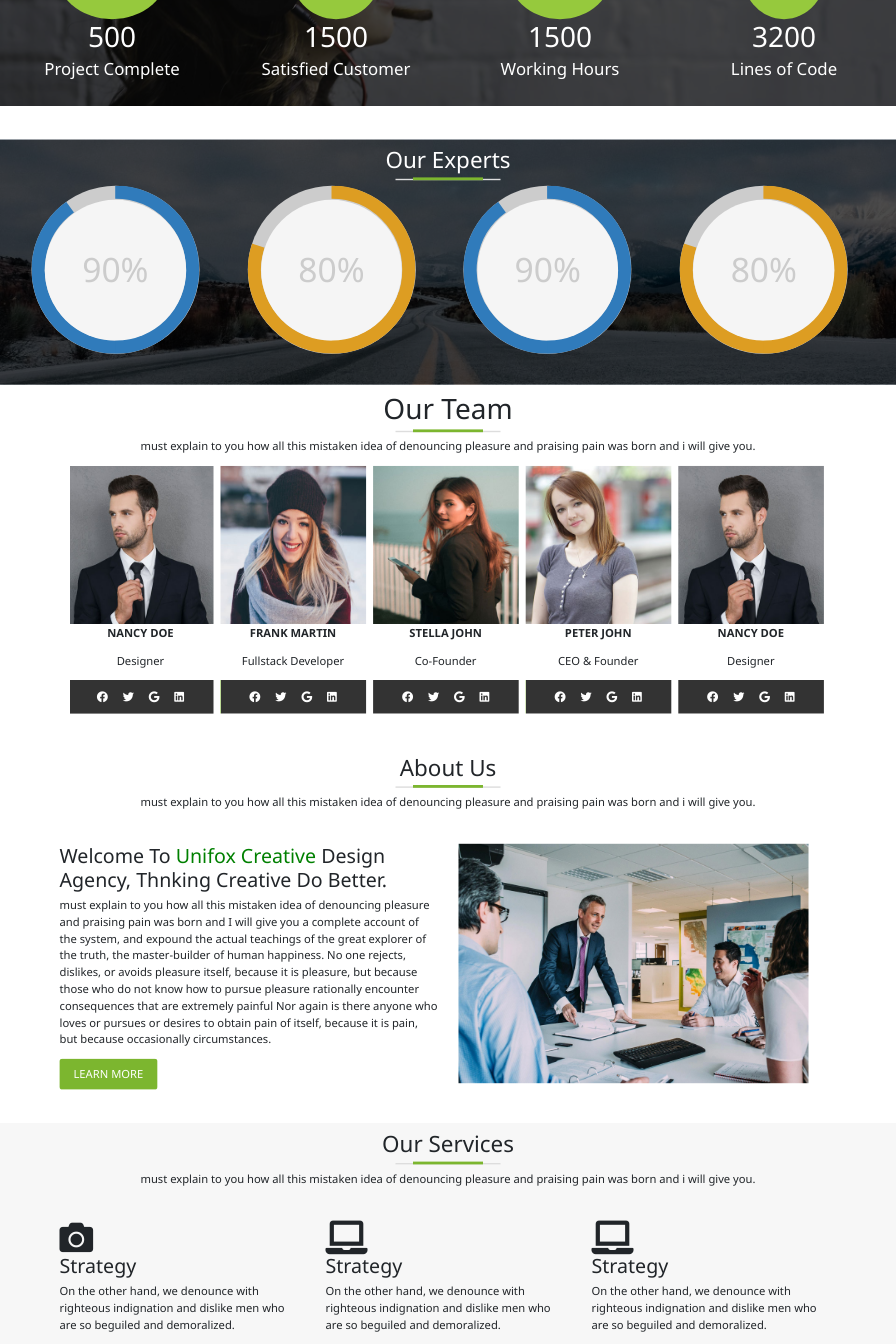
Repository: ibrkhalil/Uniforce-First-Attempt
Page: index.html
An editor plug-in stored every save of this project. The page is shown before and after the next save, followed by the edit.
The browser window is 1280 px wide. The pictures show the part of the page from y = 869 to 2789 px (the page is 2789 px tall), at 70% of full size.
Backgrounds fixed to the window are drawn as part of the page.

Above is the page before, as saved 2021-01-24 02:43:51.

### index.html
<!DOCTYPE html>
<html lang="en">
  <head>
    <meta charset="UTF-8" />
    <link rel="stylesheet" href="./bootstrap.min.css" />
    <link rel="stylesheet" href="owl.carousel.css" />
    <link rel="preconnect" href="https://fonts.gstatic.com" />
    <link rel="stylesheet" href="./jquery-ui.css" />
    <link
      rel="stylesheet"
      href="https://use.fontawesome.com/releases/v5.15.2/css/all.css"
      integrity="sha384-vSIIfh2YWi9wW0r9iZe7RJPrKwp6bG+s9QZMoITbCckVJqGCCRhc+ccxNcdpHuYu"
      crossorigin="anonymous"
    />
    <link rel="stylesheet" href="./circle.css" />
    <link
      href="https://fonts.googleapis.com/css2?family=Open+Sans&display=swap"
      rel="stylesheet"
    />
    <link rel="stylesheet" href="style.css" />
    <meta name="viewport" content="width=device-width, initial-scale=1.0" />
    <title>Unifox</title>
  </head>

  <body>
    <div class="main-nav">
      <nav
        class="navbar navbar-expand-lg justify-content-around sticky-top navbar-fixed-top"
      >
        <!-- <div class="container"> -->
        <a class="navbar-brand" href="#"><h3 class="unifox">UNIFOX</h3></a>
        <button
          class="navbar-toggler"
          type="button"
          data-toggle="collapse"
          data-target="#navbarSupportedContent"
          aria-controls="navbarSupportedContent"
          aria-expanded="false"
          aria-label="Toggle navigation"
        >
          <span class="fa fa-bars fa-3x"></span>
        </button>
        <div class="">
          <div class="nav-items">
            <div class="collapse navbar-collapse" id="navbarSupportedContent">
              <ul class="navbar-nav mr-auto">
                <li class="item">
                  <a class="nav-link active" href="#">HOME</a>
                </li>
                <li class="nav-item"><a class="nav-link" href="#">ABOUT</a></li>
                <li class="nav-item">
                  <a class="nav-link" href="#">SERVICES</a>
                </li>
                <li class="nav-item">
                  <a class="nav-link" href="#">POROFOLIO</a>
                </li>
                <li class="nav-link"><a href="#">PRICES</a></li>
                <li class="nav-link"><a href="#">TEAM</a></li>
                <li class="nav-link"><a href="#">TESTIMONIALS</a></li>
                <li class="nav-link"><a href="#">BLOG</a></li>
                <li class="nav-link"><a href="#">CONTACT</a></li>
              </ul>
            </div>
          </div>
        </div>

        <!-- </div> -->
      </nav>

      <!-- nav end -->

      <div class="jumbotron">
        <h1 class="display-4 jumbo-main-text">
          <strong>Unifox Creative & Unique.</strong>
        </h1>
        <p class="lead jumbo-subtext">
          Unifox Denounce With Righteous Indignation And Dislike Men Who Are So
          Beguiled And Demoralized By The Charms Of Pleasure Of The Moment.
        </p>

        <div class="jumbo-btns">
          <p class="lead">
            <a class="btn jumbo-btn btn-primary btn-lg" href="#" role="button"
              >Download Now</a
            >
          </p>
          <p class="lead">
            <a class="btn jumbo-btn btn-primary btn-lg" href="#" role="button"
              >Discover More</a
            >
          </p>
        </div>
      </div>
      <!-- jumbotron end -->
      <!-- heading end -->
    </div>
    <div class="counting-number parallax">
      <div class="container-fluid">
        <div class="row">
          <div class="col-md-3">
            <i class="fa counting-icon fa-cloud fa-5x"></i>
            <h1 class="counter" data-count="500">0</h1>
            <h4>Project Complete</h4>
          </div>
          <div class="col-md-3">
            <i class="fa counting-icon fa-user fa-5x"></i>
            <h1 class="counter" data-count="1500">0</h1>
            <h4>Satisfied Customer</h4>
          </div>
          <div class="col-md-3">
            <i class="fa counting-icon fa-folder-open fa-5x"></i>
            <h1 class="counter" data-count="1500">0</h1>
            <h4>Working Hours</h4>
          </div>
          <div class="col-md-3">
            <i class="fa counting-icon fa-plug fa-5x"></i>
            <h1 class="counter" data-count="3200">0</h1>
            <h4>Lines of Code</h4>
          </div>
        </div>
      </div>
    </div>

    <br />
    <br />

    <!-- Counting number div -->
    <div class="our-experts-main">
      <h2 class="our-experts-word line">Our Experts</h2>

      <div class="our-experts">
        <div class="clearfix circular-icons">
          <div class="c100 p90 big blue">
            <span>90%</span>
            <div class="slice">
              <div class="bar"></div>
              <div class="fill"></div>
            </div>
          </div>
          <div class="c100 p80 big orange">
            <span>80%</span>
            <div class="slice">
              <div class="bar"></div>
              <div class="fill"></div>
            </div>
          </div>
          <div class="c100 p90 big blue">
            <span>90%</span>
            <div class="slice">
              <div class="bar"></div>
              <div class="fill"></div>
            </div>
          </div>

          <div class="c100 p80 big orange">
            <span>80%</span>
            <div class="slice">
              <div class="bar"></div>
              <div class="fill"></div>
            </div>
          </div>
        </div>
        <!-- /green -->

        <!-- orange -->
        <div class="clearfix"></div>
      </div>
    </div>

    <!-- experts end -->

    <div class="our-team">
      <div class="container">
        <div class="our-team-text">
          <h1 class="line">Our Team</h1>

          <p>
            must explain to you how all this mistaken idea of denouncing
            pleasure and praising pain was born and i will give you.
          </p>
        </div>
        <div class="top-content">
          <div class="container-fluid">
            <div class="owl-carousel owl-theme">
              <div class="item">
                <img
                  src="./images/1 (1).jpg"
                  class="img-fluid mx-auto d-block"
                  alt="img1"
                />
                <strong class="team-member-name">
                  <p>STELLA JOHN</p>
                </strong>
                <p>Co-Founder</p>
                <div class="social-media-icons" data-content="Link Hover">
                  <div
                    class="container d-flex justify-content-around align-items-center"
                  >
                    <i class="fab fa-facebook"></i>
                    <i class="fab fa-twitter"></i>
                    <i class="fab fa-google"></i>
                    <i class="fab fa-linkedin"></i>
                  </div>
                </div>
              </div>

              <div class="item">
                <img
                  src="./images/2 (1).jpg"
                  class="img-fluid mx-auto d-block"
                  alt="img2"
                />
                <strong class="team-member-name">
                  <p>PETER JOHN</p>
                </strong>
                <p>CEO & Founder</p>
                <div class="social-media-icons">
                  <div
                    class="container d-flex justify-content-around align-items-center"
                  >
                    <i class="fab fa-facebook"></i>
                    <i class="fab fa-twitter"></i>
                    <i class="fab fa-google"></i>
                    <i class="fab fa-linkedin"></i>
                  </div>
                </div>
              </div>

              <div class="item">
                <img
                  src="./images/3 (1).jpg"
                  class="img-fluid mx-auto d-block"
                  alt="img3"
                />
                <strong class="team-member-name">
                  <p>NANCY DOE</p>
                </strong>
                <p>Designer</p>
                <div class="social-media-icons">
                  <div
                    class="container d-flex justify-content-around align-items-center"
                  >
                    <i class="fab fa-facebook"></i>
                    <i class="fab fa-twitter"></i>
                    <i class="fab fa-google"></i>
                    <i class="fab fa-linkedin"></i>
                  </div>
                </div>
              </div>

              <div class="item">
                <img
                  src="./images/4.jpg"
                  class="img-fluid mx-auto d-block"
                  alt="img4"
                />
                <strong class="team-member-name">
                  <p>FRANK MARTIN</p>
                </strong>
                <p>Fullstack Developer</p>
                <div class="social-media-icons">
                  <div
                    class="container d-flex justify-content-around align-items-center"
                  >
                    <i class="fab fa-facebook"></i>
                    <i class="fab fa-twitter"></i>
                    <i class="fab fa-google"></i>
                    <i class="fab fa-linkedin"></i>
                  </div>
                </div>
              </div>
            </div>
          </div>
        </div>
      </div>
    </div>
        <section class="about-section my-5 green-bottom-border">
            <div class="container">
                <h2 class="line">About Us</h2>
                <p class="mb-5 aligny-center">must explain to you how all this mistaken idea of denouncing pleasure and praising pain was born and i will give you.</p>
                <div class="row">
                    <div class="col-md-6"><h3>Welcome To <span class="green-color">Unifox Creative</span> Design Agency, Thnking Creative Do Better.</h3><p>must explain to you how all this mistaken idea of denouncing pleasure and praising pain was born and I will give you a complete account of the system, and expound the actual teachings of the great explorer of the truth, the master-builder of human happiness. No one rejects, dislikes, or avoids pleasure itself, because it is pleasure, but because those who do not know how to pursue pleasure rationally encounter consequences that are extremely painful Nor again is there anyone who loves or pursues or desires to obtain pain of itself, because it is pain, but because occasionally circumstances.</p>
                    <a href="#" class="btn social-media-icons-invert">LEARN MORE</a>
                    </div>
                    <div class="col-md-6">
                        <img src="./about-bg.jpg" src="about" width="500px">
                    </div>
                </div>
            </div>
            </section>

            <section class="our-services">
                    <div class="container">

                        <h2 class="our-services-word line">
                            Our Services
                        </h2>
                        <p class="aligny-center mb-5">must explain to you how all this mistaken idea of denouncing pleasure and praising pain was born and i will give you.</p>
                        <div class="row">
                            <div class="col-md-4">
                                <i class="green-filled-border fa fa-camera fa-3x"></i>
                                <h3>Strategy</h3>
                                <p>On the other hand, we denounce with righteous indignation and dislike men who are so beguiled and demoralized.</p>
                            </div>
                            <div class="col-md-4">
                                <i class="green-filled-border fa fa-laptop fa-3x"></i>
                                <h3>Strategy</h3>
                                <p>On the other hand, we denounce with righteous indignation and dislike men who are so beguiled and demoralized.</p>
                            </div>
                            <div class="col-md-4">
                                <i class="green-filled-border fa fa-laptop fa-3x"></i>
                                <h3>Strategy</h3>
                                <p>On the other hand, we denounce with righteous indignation and dislike men who are so beguiled and demoralized.</p>
                            </div>
                        </div>

                    </div>
            </section>



    <script src="./jquery.js"></script>
    <script src="./jquery-ui.js"></script>
    <script src="./owl.carousel.js"></script>
    <script src="./owl.autoplay.js"></script>
    <script src="./bootstrap.js"></script>
    <script src="./script.js"></script>
  </body>
</html>

### style.css
*{
    margin: 0;
    padding: 0;
}
body{
    font-family: 'Segoe UI', Tahoma, Geneva, Verdana, sans-serif;
}
.nav-items{
    display: flex;
    width: 100%;
    justify-content: space-between;
}

.main-nav h3{
    font-family: 'Open Sans', sans-serif;
    font-weight: bold;
    font-size: x-large;
}
.main-nav{
    transition: all 200ms;
    font-size: small;
    background: linear-gradient(to right, #96c93d, #00b09b);
    height: 100vh;
}
.main-nav a{
    text-decoration: none;
    color: white;
    border: none;
}
 .main-nav li, .main-nav h3 {
    margin-top: 1rem;
}
.circular-icons{
    display: flex;
    justify-content: space-between;
}
.jumbotron{
    text-align: center;
    margin-top: 5rem;
    color: white;
    background-color: transparent;
}
.jumbo-btn{
    background-color: #7CB62F;
}

.navbar-fixed-top a:hover{
    color: #3e3e3e;
}
.navbar-fixed-top.scrolled {
    width: 100vw;
    background-color: #fff !important;
    /* padding: 0.5rem 0; */
    /* transition: all 200ms ease; */

  }
/* .navbar-fixed-top.scrolled  a{
    color: black;

  } */
  .navbar-fixed-top.scrolled  a:hover{
    color: gray;

  }
.jumbo-btns{
    display: flex;
    justify-content: center;
}
.jumbo-subtext{

    margin: 2rem auto;
    width: 50%;
}
.jumbo-main-text{
font-weight: 400;
}
.jumbo-btns p{
   margin-right: 0.5rem;
}
.lead-btns a{
    display: flex;
    border: none;
}
.parallax {
    background-image: url("./fun_facts_bg.jpg");
    height: 300px;
    background-blend-mode: overlay;
    background-attachment: fixed;
    background-position: center;
    background-repeat: no-repeat;
    background-size: cover;
    background-color: rgba(0, 0, 0,0.7);
    color: white;
    text-align: center;
    display: flex;
    align-items: center;
  }
  .parallax img {
      height: 300px;
      object-fit: cover;
  }
  .counting-icon{
      padding: 2rem;
      background-color: #96c93d ;
      border-radius: 50%;
  }
.jumbo-btn:hover{
    transition: 1s;
    background-color: black;
}
.line{
    position: relative;
    text-align: center;
    padding: 10px 0;
}
.line::after , .line::before{
    content: "";
    width: 100px;
    height: 4px;
    position: absolute;
    background-color: #7CB62F;
    left: 50%;
    transform: translate(-50%,0);
    bottom: 0;
}
.line::before{
    height: 2px;
    background-color: #ddd;
    width: 150px;
}


.clearfix:before,.clearfix:after {content: " "; display: table;}
.clearfix:after {clear: both;}
.clearfix {*zoom: 1;}


.our-experts-main{
    background-image: url("./skill-bg.jpg");
    height: 350px;
    background-blend-mode: overlay;
    background-attachment: fixed;
    background-position: center;
    background-repeat: no-repeat;
    background-size: cover;
    background-color: rgba(0, 0, 0,0.7);
    color: white;
}
.our-experts-main:first-child{
    display: flex;
    justify-content: center;
}
.our-experts h2{
    display: block !important;
}
.our-team{
    text-align: center;
}
@media (min-width: 768px) and (max-width: 991px) {
    /* Show 4th slide on md if col-md-4*/
    .carousel-inner .active.col-md-4.carousel-item + .carousel-item + .carousel-item + .carousel-item {
        position: absolute;
        top: 0;
        right: -33.3333%;  /*change this with javascript in the future*/
        z-index: -1;
        display: block;
        visibility: visible;
    }
}
@media (min-width: 576px) and (max-width: 768px) {
    /* Show 3rd slide on sm if col-sm-6*/
    .carousel-inner .active.col-sm-6.carousel-item + .carousel-item + .carousel-item {
        position: absolute;
        top: 0;
        right: -50%;  /*change this with javascript in the future*/
        z-index: -1;
        display: block;
        visibility: visible;
    }
}
@media (min-width: 576px) {
    .carousel-item {
        margin-right: 0;
    }
    /* show 2 items */
    .carousel-inner .active + .carousel-item {
        display: block;
    }
    .carousel-inner .carousel-item.active:not(.carousel-item-right):not(.carousel-item-left),
    .carousel-inner .carousel-item.active:not(.carousel-item-right):not(.carousel-item-left) + .carousel-item {
        transition: none;
    }
    .carousel-inner .carousel-item-next {
        position: relative;
        transform: translate3d(0, 0, 0);
    }
    /* left or forward direction */
    .active.carousel-item-left + .carousel-item-next.carousel-item-left,
    .carousel-item-next.carousel-item-left + .carousel-item,
    .carousel-item-next.carousel-item-left + .carousel-item + .carousel-item {
        position: relative;
        transform: translate3d(-100%, 0, 0);
        visibility: visible;
    }
    /* farthest right hidden item must be also positioned for animations */
    .carousel-inner .carousel-item-prev.carousel-item-right {
        position: absolute;
        top: 0;
        left: 0;
        z-index: -1;
        display: block;
        visibility: visible;
    }
    /* right or prev direction */
    .active.carousel-item-right + .carousel-item-prev.carousel-item-right,
    .carousel-item-prev.carousel-item-right + .carousel-item,
    .carousel-item-prev.carousel-item-right + .carousel-item + .carousel-item {
        position: relative;
        transform: translate3d(100%, 0, 0);
        visibility: visible;
        display: block;
        visibility: visible;
    }
}
/* MD */
@media (min-width: 768px) {
    /* show 3rd of 3 item slide */
    .carousel-inner .active + .carousel-item + .carousel-item {
        display: block;
    }
    .carousel-inner .carousel-item.active:not(.carousel-item-right):not(.carousel-item-left) + .carousel-item + .carousel-item {
        transition: none;
    }
    .carousel-inner .carousel-item-next {
        position: relative;
        transform: translate3d(0, 0, 0);
    }
    /* left or forward direction */
    .carousel-item-next.carousel-item-left + .carousel-item + .carousel-item + .carousel-item {
        position: relative;
        transform: translate3d(-100%, 0, 0);
        visibility: visible;
    }
    /* right or prev direction */
    .carousel-item-prev.carousel-item-right + .carousel-item + .carousel-item + .carousel-item {
        position: relative;
        transform: translate3d(100%, 0, 0);
        visibility: visible;
        display: block;
        visibility: visible;
    }
}
/* LG */
@media (min-width: 991px) {
    /* show 4th item */
    .carousel-inner .active + .carousel-item + .carousel-item + .carousel-item {
        display: block;
    }
    .carousel-inner .carousel-item.active:not(.carousel-item-right):not(.carousel-item-left) + .carousel-item + .carousel-item + .carousel-item {
        transition: none;
    }
    /* Show 5th slide on lg if col-lg-3 */
    .carousel-inner .active.col-lg-3.carousel-item + .carousel-item + .carousel-item + .carousel-item + .carousel-item {
        position: absolute;
        top: 0;
        right: -25%;  /*change this with javascript in the future*/
        z-index: -1;
        display: block;
        visibility: visible;
    }
    /* left or forward direction */
    .carousel-item-next.carousel-item-left + .carousel-item + .carousel-item + .carousel-item + .carousel-item {
        position: relative;
        transform: translate3d(-100%, 0, 0);
        visibility: visible;
    }
    /* right or prev direction //t - previous slide direction last item animation fix */
    .carousel-item-prev.carousel-item-right + .carousel-item + .carousel-item + .carousel-item + .carousel-item {
        position: relative;
        transform: translate3d(100%, 0, 0);
        visibility: visible;
        display: block;
        visibility: visible;
    }
}
.social-media-icons{
    color: white;
    padding: 1rem;
    /* background: red; */
    background: linear-gradient(to left, #333 50%, #7CB62F 50%) right;
    background-size: 200%;
    transition: 1s ease;
}
.social-media-icons:hover{
    background-position:left;
}
.social-media-icons i{
    cursor: pointer;
}
.social-media-icons-invert{
    color: white;
    padding: 1rem;
    background: linear-gradient(to left, #7CB62F 50%, #333 50%) right;
    background-size: 200%;
    transition: 1s ease;
}
.social-media-icons-invert:hover{
    background-position:left;
}

.aligny-center{
    text-align: center;
}
.green-color{
    color: green;
}
.about-section a{
    padding: 10px 20px;
    border: none;
    background-color: #7CB62F;
    color: white;
}
.our-services{
    background-color: #F7F7F7;
}


.social-media-icons .fab:hover{
    transition: 1s;
    color: gold;
}
.carousel-item:nth-child(2){
    margin-bottom: 1rem;
}

@media screen and (max-width: 768px){
    /* .navbar-nav{ */
        .navbody{
        display: none;
        justify-content: center;
        width: 100vw;
        /* float: right; */
    }
}

Loaded but not shown: bootstrap.min.css (library); owl.carousel.css (library); jquery-ui.css (library); jquery.js (library); jquery-ui.js (library); owl.carousel.js (library); owl.autoplay.js (library); bootstrap.js (library); script.js (88 lines, source omitted); circle.css (879 lines, source omitted)

After the next save:
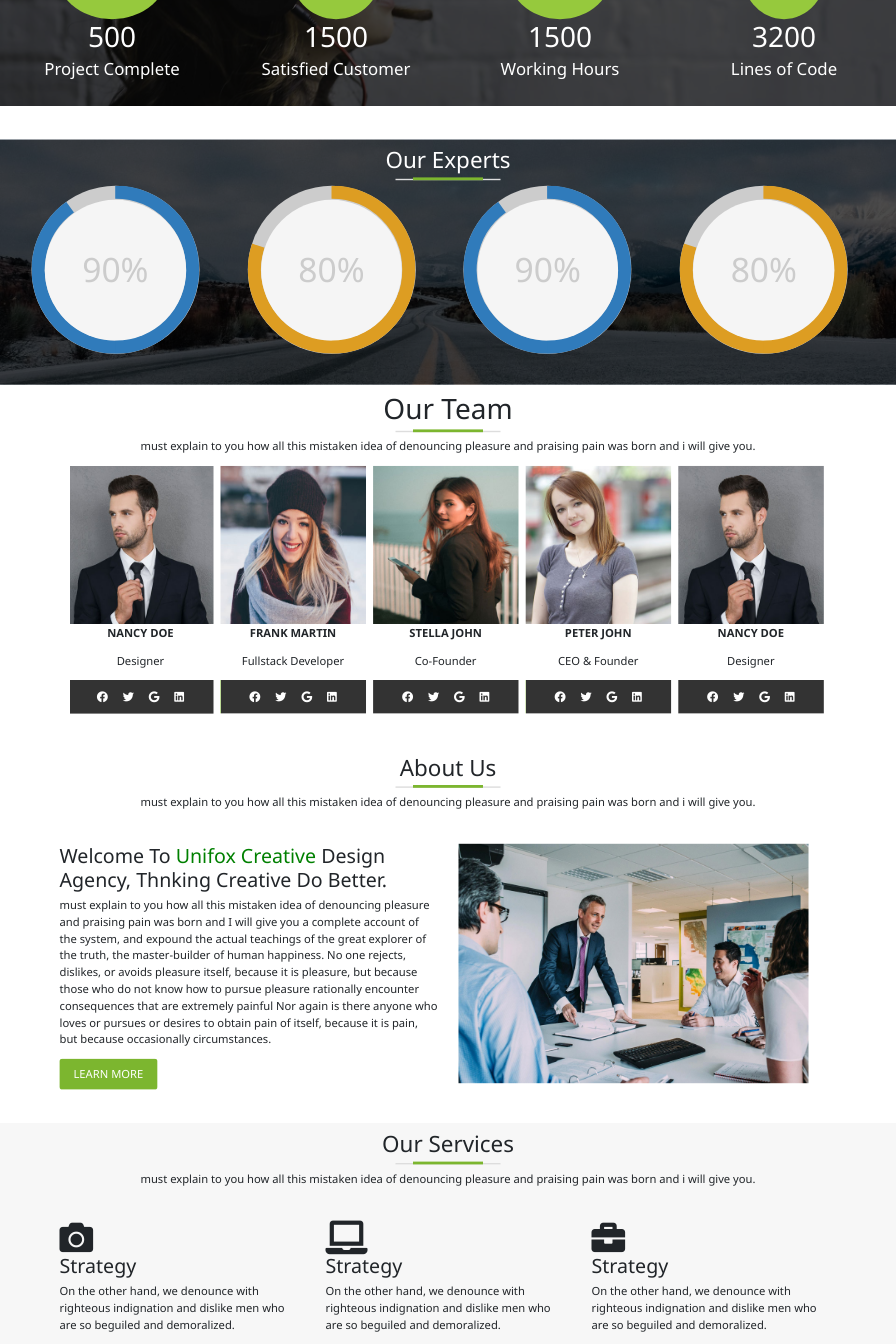
Saved 10 s later.
--- a/index.html
+++ b/index.html
@@ -308,7 +308,7 @@
                                 <p>On the other hand, we denounce with righteous indignation and dislike men who are so beguiled and demoralized.</p>
                             </div>
                             <div class="col-md-4">
-                                <i class="green-filled-border fa fa-laptop fa-3x"></i>
+                                <i class="green-filled-border fa fa-briefcase fa-3x"></i>
                                 <h3>Strategy</h3>
                                 <p>On the other hand, we denounce with righteous indignation and dislike men who are so beguiled and demoralized.</p>
                             </div>
